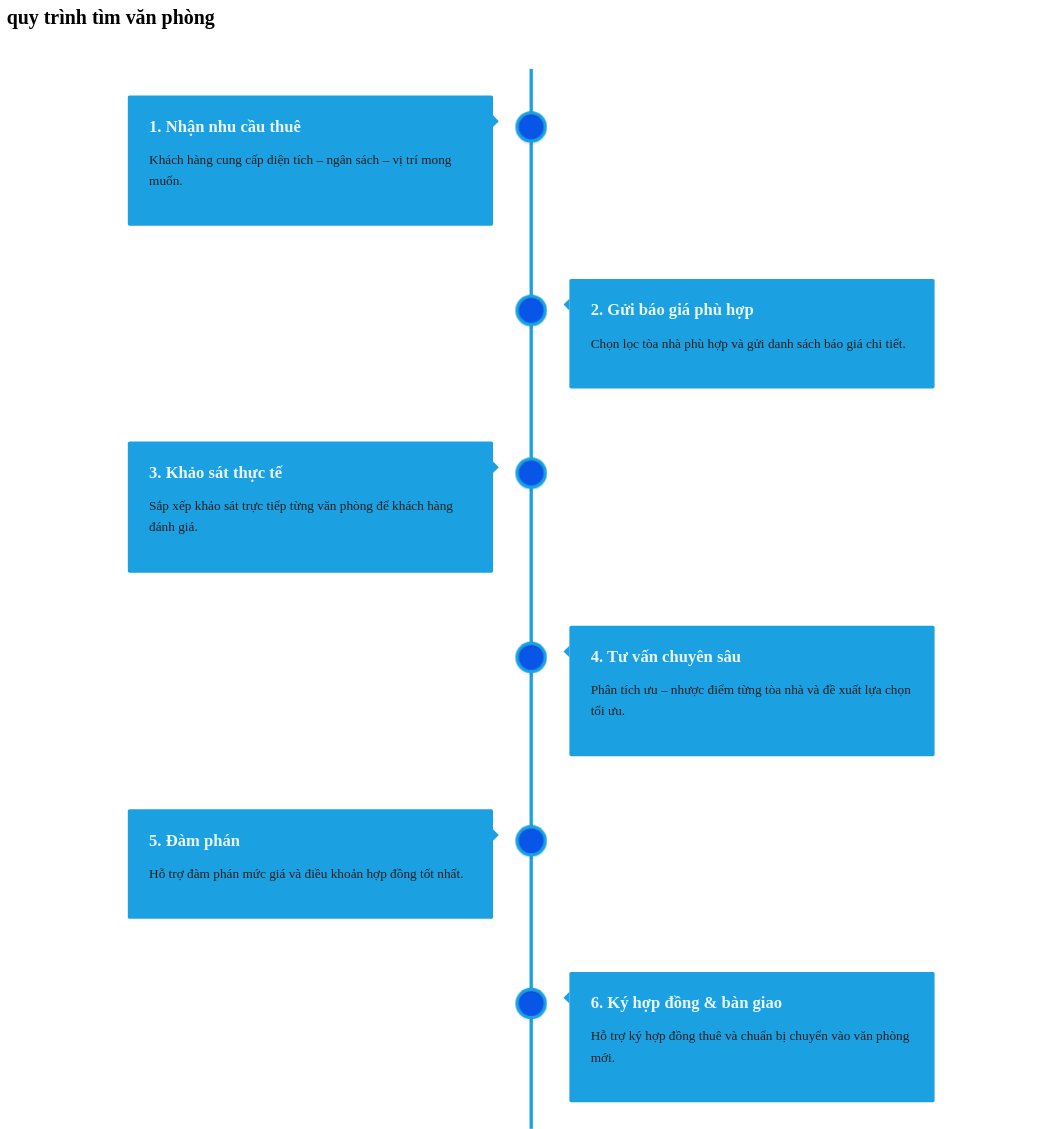
Repository: lannguyen1301/anphuholdings-main
Page: partials/home/quy-trinh-tim-van-phong-2.html
These files come from the project's save history. The page is drawn as it stood at one moment and after the next save; the edit follows.
The browser window is 1280 px wide. The pictures show the whole page, at 83% of full size.

Above is the page before, as saved 2026-01-03 09:00:11.

After the next save:
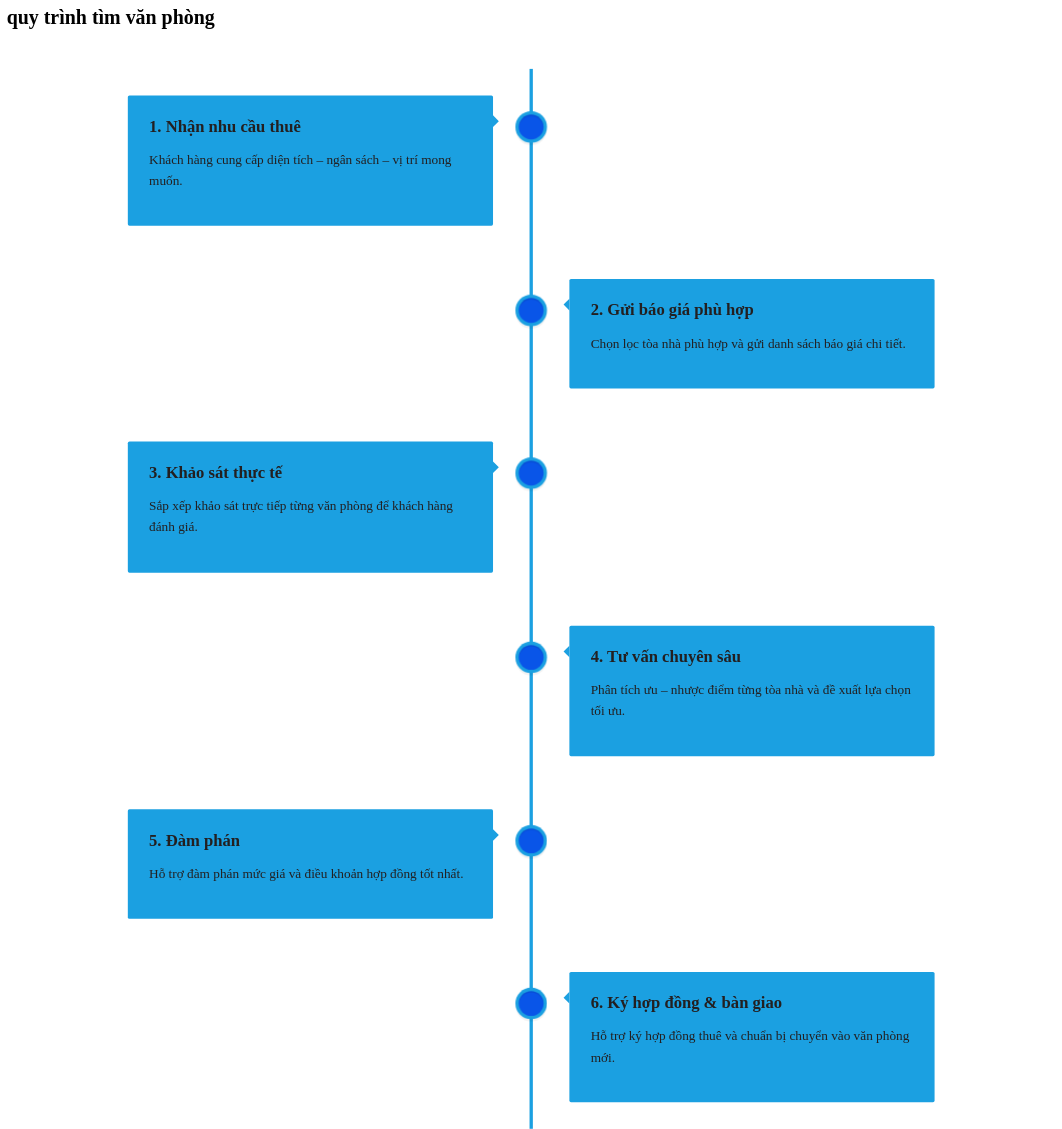
Saved 23 s later.
--- a/partials/home/quy-trinh-tim-van-phong-2.html
+++ b/partials/home/quy-trinh-tim-van-phong-2.html
@@ -184,7 +184,8 @@ Main components
     }
 
     .cd-timeline-content h3 {
-        color: rgba(255, 255, 255, .9);
+        /* color: rgba(255, 255, 255, .9); */
+        color: #231F20;
         margin-top: 0;
         margin-bottom: 5px;
     }
